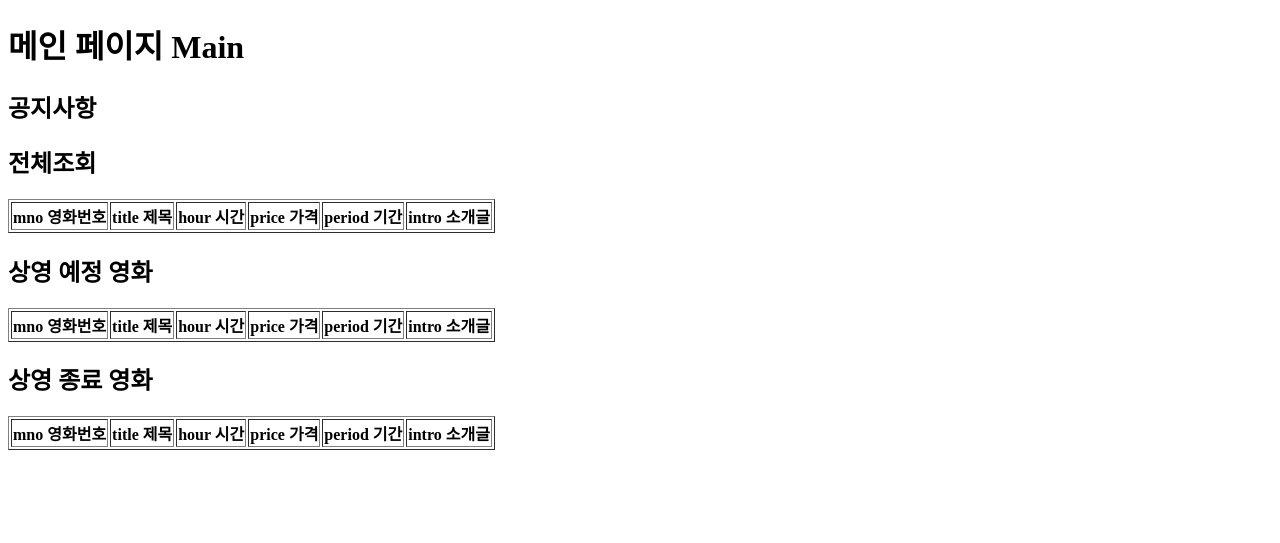
Repository: smallomg/bg-spring
Page: http://localhost/test3/WEB-INF/views/main.jsp
The author's editor kept a copy of each file at every save. The page is drawn from the files as they stood at one save, then again after the next save.
The browser window is 1280 px wide. The pictures show the whole page.
The page is served by Tomcat 10. Nobody is signed in. Other server files are loaded and not shown. The template is opened directly, without the code that normally fills it, so the values that code supplies are empty.

Above is the page before, as saved 2025-05-14 07:59:00.

### ldy_spring/test3/src/main/webapp/WEB-INF/views/main.jsp
<%@ page language="java" contentType="text/html; charset=UTF-8"
	pageEncoding="UTF-8"%>
<%@ taglib prefix="c" uri="http://java.sun.com/jsp/jstl/core"%>
<!DOCTYPE html>
<html>
<head>
<meta charset="UTF-8">
<title>Insert title here</title>
</head>
<body>
	<h1>메인 페이지 Main</h1>
<!--  -->
	<c:if test="${not empty sessionScope.admin}">
    ${admin.id}님
    관리자입니다

    <a href="admin_logout">로그아웃</a>
		<br>
		<a href="movieinsertForm">등록</a>
		<br>
		<a href="">공지사항 등록</a>
	</c:if>
<!--  -->

<!--  -->
	<c:if test="${not empty sessionScope.member}">
    ${member.name}회원입니다
    환영합니다
     <a href="logout">로그아웃</a>
		<br>

		<button onclick="randomevent()">실행(GET)</button>
		<div id="demo">-------</div>

		<script src="https://cdn.jsdelivr.net/npm/axios/dist/axios.min.js"></script>
		<script>
	function randomevent() {
		const rdNumto10 = Math.floor(Math.random() * 10 + 1); // 유저 랜덤 숫자

		axios.post("/random", { num: rdNumto10 })
			.then(response => {
				document.getElementById('demo').innerHTML = response.data;
			})
			.catch(error => {
				document.getElementById('demo').innerHTML = "오류 발생";
			});
	}
</script>

	</c:if>
<!--  -->

	<h2>공지사항</h2>







	<h2>전체조회</h2>
	<table border="1">
		<thead>
			<tr>
				<th>mno 영화번호</th>
				<th>title 제목</th>
				<th>hour 시간</th>
				<th>price 가격</th>
				<th>period 기간</th>
				<th>intro 소개글</th>

			</tr>
		</thead>

		<tbody>
			<c:forEach var="m" items="${movies}" varStatus="status">
				<tr>
					<td>${m.mno}</td>
					<td>${m.title}</td>
					<td>${m.hour}분</td>
					<td>${m.price}원</td>
					<td>${m.period}</td>
					<td>${m.intro}</td>
				</tr>
			</c:forEach>
		</tbody>
	</table>

	<h2>상영 예정 영화</h2>
	<table border="1">
		<thead>
			<tr>
				<th>mno 영화번호</th>
				<th>title 제목</th>
				<th>hour 시간</th>
				<th>price 가격</th>
				<th>period 기간</th>
				<th>intro 소개글</th>

			</tr>
		</thead>

		<tbody>
			<c:forEach var="m" items="${upcoming}" varStatus="status">
				<tr>
					<td><a href="/review/scoreForm?mno=${m.mno}">${m.mno}</a></td>
					<td>${m.title}</td>
					<td>${m.hour}분</td>
					<td>${m.price}원</td>
					<td>${m.period}</td>
					<td>${m.intro}</td>
				</tr>
			</c:forEach>
		</tbody>
	</table>

	<h2>상영 종료 영화</h2>
	<table border="1">
		<thead>
			<tr>
				<th>mno 영화번호</th>
				<th>title 제목</th>
				<th>hour 시간</th>
				<th>price 가격</th>
				<th>period 기간</th>
				<th>intro 소개글</th>

			</tr>
		</thead>

		<tbody>
			<c:forEach var="m" items="${downcoming}" varStatus="status">
				<tr>
					<td><a href="/review/contentForm?mno=${m.mno}">${m.mno}</a></td>
					<td>${m.title}</td>
					<td>${m.hour}분</td>
					<td>${m.price}원</td>
					<td>${m.period}</td>
					<td>${m.intro}</td>
				</tr>
			</c:forEach>
		</tbody>
	</table>

</body>
</html>

After the next save:
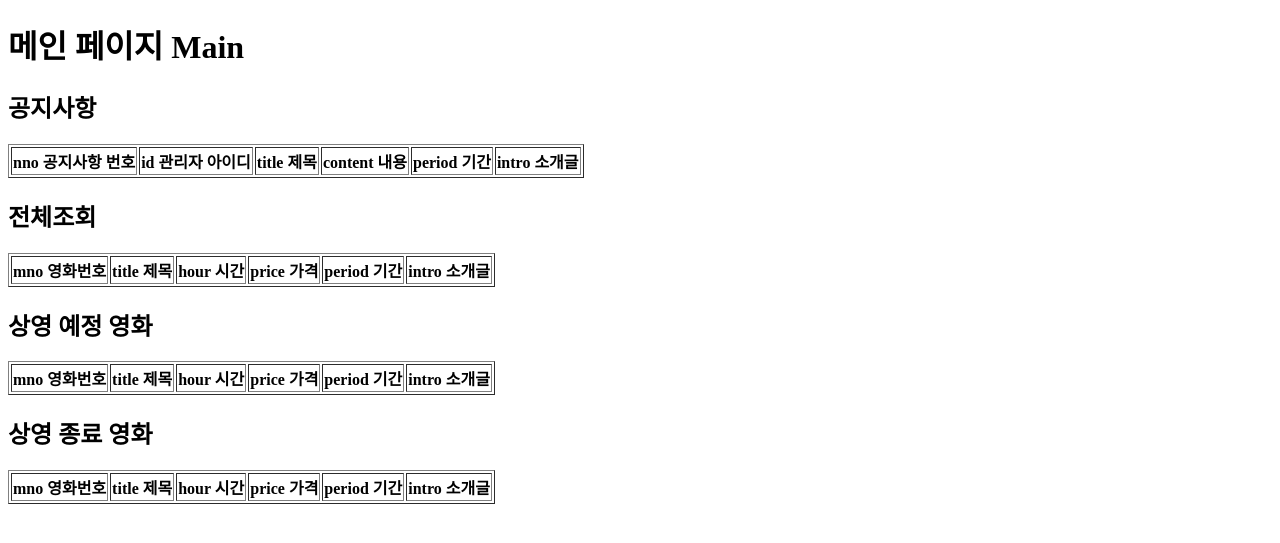
Saved 83 s later.
--- a/ldy_spring/test3/src/main/webapp/WEB-INF/views/main.jsp
+++ b/ldy_spring/test3/src/main/webapp/WEB-INF/views/main.jsp
@@ -51,7 +51,32 @@
 <!--  -->
 
 	<h2>공지사항</h2>
+	<table border="1">
+		<thead>
+			<tr>
+				<th>nno 공지사항 번호</th>
+				<th>id 관리자 아이디</th>
+				<th>title 제목</th>
+				<th>content 내용</th>
+				<th>period 기간</th>
+				<th>intro 소개글</th>
 
+			</tr>
+		</thead>
+
+		<tbody>
+			<c:forEach var="m" items="${movies}" varStatus="status">
+				<tr>
+					<td>${m.mno}</td>
+					<td>${m.title}</td>
+					<td>${m.hour}분</td>
+					<td>${m.price}원</td>
+					<td>${m.period}</td>
+					<td>${m.intro}</td>
+				</tr>
+			</c:forEach>
+		</tbody>
+	</table>
 
 
 
